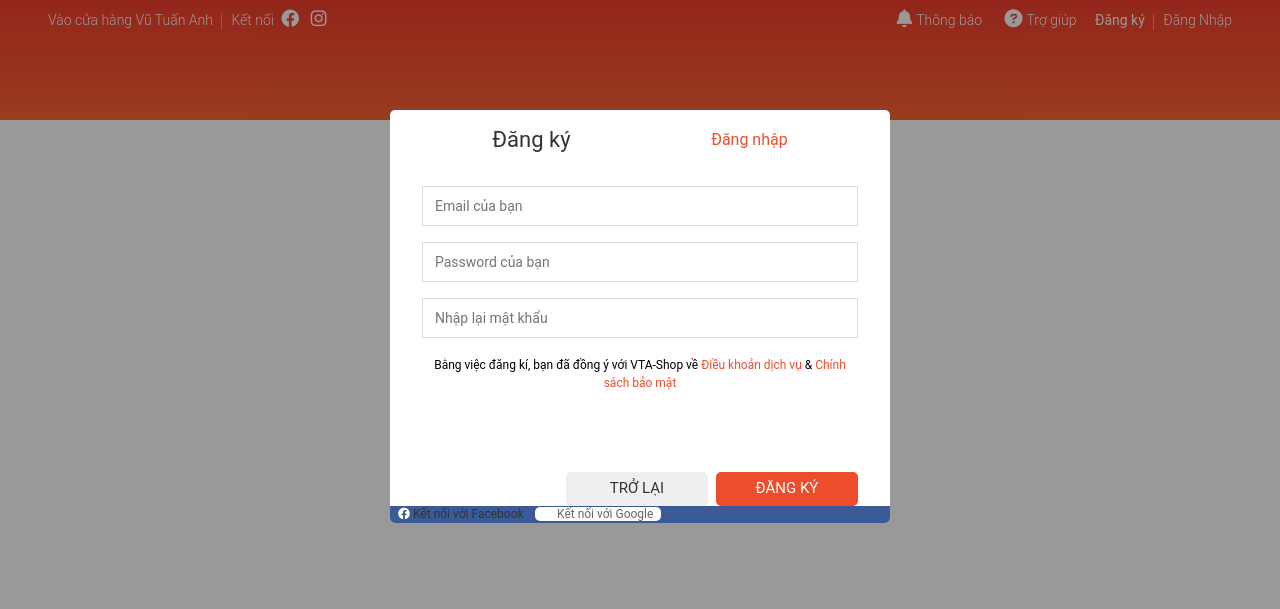
Repository: VuTuanAnh0949/Shopee
Page: index.html
An editor plug-in stored every save of this project. The page is shown before and after the next save, followed by the edit.
The browser window is 1280 px wide. The pictures show the whole page.

Above is the page before, as saved 2022-02-16 13:46:37.

### index.html
<!DOCTYPE html>
<html lang="en">

<head>
    <meta charset="UTF-8" />
    <meta http-equiv="X-UA-Compatible" content="IE=edge" />
    <meta name="viewport" content="width=device-width, initial-scale=1.0" />
    <title>Shopee</title>
    <link rel="stylesheet" href="https://cdnjs.cloudflare.com/ajax/libs/normalize/8.0.1/normalize.min.css" />
    <link rel="stylesheet" href="./assets/css/base.css" />
    <link rel="stylesheet" href="./assets/css/main.css" />
    <link rel="stylesheet" href="./assets/fonts/fontawesome-free-6.0.0-web/css/all.min.css">
    <link rel="stylesheet" href="https://fonts.googleapis.com/css?family-Roboto:300, 400, 500,78
0&display=swap&subset=vietnamese" rel="stylesheet" />

</head>

<body>
    <!-- Block Element Modifier -->
    <div class="app">
        <header class="header">
            <div class="grid">
                <nav class="header__navbar">
                    <ul class="header__navbar-list">
                        <li class="header__navbar-item header__navbar-item--has-qr header__navbar-item--separate">Vào cửa hàng Vũ Tuấn Anh
                            <div class="header__qr">
                                <img src="./assets/img/QR_code.png" alt="QR Code" class="header__qr-img">
                                <div class="header__qr-apps">
                                    <a href="" class="header__qr-link"><img src="./assets/img/Google_Play.png" alt="Google Play" class="header__qr-dowload-img">
                                    </a>
                                    <img src="./assets/img/App_store.png" alt="App Store" class="header__qr-dowload-img">
                                </div>
                            </div>
                        </li>
                        <li class="header__navbar-item">
                            <span class="header__navbar-title--no-pointer">Kết nối</span>
                            <a href="" class="header__navbar-icon-link"><i class="header__navbar-icon fa-brands fa-facebook"></i></a>
                            <a href="" class="header__navbar-icon-link"><i class="header__navbar-icon fa-brands fa-instagram"></i></a>
                        </li>
                    </ul>

                    <ul class="header__navbar-list">
                        <li class="header__navbar-item header__navbar-item--has-notification">
                            <a href="" class="header__navbar-item-link"><i class="header__navbar-icon fa-solid fa-bell"></i>Thông báo</a>
                            <div class="header__notification">
                                <header class="header__notification-header">
                                    <h3>Thông báo mới nhận</h3>
                                </header>
                                <ul class="header__notification-list">
                                    <li class="header__notification-item header__notification-viewed">
                                        <a href="" class="header__notification-link">
                                            <img src="https://cf.shopee.vn/file/a2344384834f0903b232953bf8e1d283_tn" alt="" class="header__notification-img">
                                            <div class="header__notification-info">
                                                <span class="header__notification-name">Bàn Phím cơ chính hãng K400-Đen</span>
                                                <span class="header__notification-descriotion">Bàn phím cơ máy tính gaming K550 Pro full Led 7 chế độ hiệu ứng là mẫu bàn phím phù hợp cho văn phòng và game thủ</span>
                                            </div>
                                        </a>
                                    </li>
                                    <li class="header__notification-item">
                                        <a href="" class="header__notification-link">
                                            <img src="https://cf.shopee.vn/file/fbd0d6cd59ae0c260cbdd8d2bdccbe06_tn" alt="" class="header__notification-img">
                                            <div class="header__notification-info">
                                                <span class="header__notification-name">Bàn phím cơ chính hãng K400-Trắng xanh 1</span>
                                                <span class="header__notification-descriotion">Bàn phím cơ máy tính gaming K550 Pro full Led 7 chế độ hiệu ứng là mẫu bàn phím phù hợp cho văn phòng và game thủ</span>
                                            </div>
                                        </a>
                                    </li>
                                    <li class="header__notification-item ">
                                        <a href="" class="header__notification-link">
                                            <img src="https://cf.shopee.vn/file/26989c24e549299dcfb324055082c553" alt="" class="header__notification-img">
                                            <div class="header__notification-info">
                                                <span class="header__notification-name">Bàn phím cơ chính hãng K400-Trắng xanh 2</span>
                                                <span class="header__notification-descriotion">>Bàn phím cơ máy tính gaming K550 Pro full Led 7 chế độ hiệu ứng là mẫu bàn phím phù hợp cho văn phòng và game thủ</span>
                                            </div>
                                        </a>
                                    </li>
                                </ul>
                                <div class="footer header__notification-footer">
                                    <a href="" class="header__notification-footer-btn">Xem tất cả</a>


                                </div>
                            </div>
                        </li>
                        <li class="header__navbar-item">
                            <a href="" class="header__navbar-item-link"><i class="header__navbar-icon fa-solid fa-circle-question"></i>Trợ giúp</a>
                        </li>
                        <li class="header__navbar-item header__navbar-item--strong header__navbar-item--separate">Đăng ký</li>
                        <li class="header__navbar-item header__navbar-ite--strong"> Đăng Nhập</li>
                    </ul>
                </nav>
            </div>
        </header>
        <div class="container">

        </div>
        <footer class="footer">

        </footer>
    </div>
    <!-- Modal layout -->
    <div class="modal">
        <div class="modal__overlay"></div>

        <div class="modal__body">

            <!-- Authen form -->
            <div class="auth-form">
                <div class="auth-form__container">
                    <div class="auth-form__container"></div>
                    <div class="auth-form__header">
                        <h3 class="auth-form__heading">Đăng ký</h3>
                        <span class="auth-form__switch-btn">Đăng nhập</span>
                    </div>
                    <div class="auth-form__form">
                        <div class="auth-form__group">
                            <input type="text" class="auth-form__input" placeholder="Email của bạn">
                        </div>
                        <div class="auth-form__group">
                            <input type="password" class="auth-form__input" placeholder="Password của bạn">
                        </div>
                        <div class="auth-form__group">
                            <input type="password" class="auth-form__input" placeholder="Nhập lại mật khẩu ">
                        </div>
                    </div>
                    <div class="auth-form__aside">
                        <p class="auth-form__policy-text">
                            Bằng việc đăng kí, bạn đã đồng ý với VTA-Shop về
                            <a href="" class="auth-form__text-link">Điều khoản dịch vụ</a> &
                            <a href="" class="auth-form__text-link">Chính sách bảo mật</a>
                        </p>
                    </div>
                    <div class="auth-form__controls">
                        <button class="btn btn--normal auth-form__controls-back ">TRỞ LẠI</button>
                        <button class="btn btn--primary">ĐĂNG KÝ</button>
                    </div>
                </div>
                <div class="auth-form__socials--facebook">
                    <a href="" class="btn btn--size-s btn--with-icon">
                        <i class="auth-form__socials-icon fa-brands fa-facebook"></i>
                        <span class="auth-form__socials-title">
                            Kết nối với Facebook
                        </span>
                    </a>
                    <a href="" class="auth-form__socials--google btn btn--size-s btn--with-icon">
                        <i class="auth-form__socials-icon fa-brands fa-google"></i>
                        <span class="auth-form__socials-title">
                            Kết nối với Google
                        </span>
                    </a>
                </div>
            </div>
        </div>
    </div>
</body>

</html>

### assets/css/base.css
:root {
  --primary-color:#EE4D2D;
  --white-color: #fff;
  --black-color: #000;
  --text-color: #333;
  --border-color:#dbdbdb;
}
* {
  box-sizing: inherit;
}
html {
  font-size: 62.5%;
  line-height: 1.6rem;
  font-family: "Roboto", sans-serif;
  box-sizing: border-box;
}
.grid {
  width: 1200px;
  max-width: 100%;
  margin: 0 auto;
}
.grid__full-width {
  width: 100%;
}
.grid__row {
  display: flex;
  flex-wrap: wrap;
}
/* Animation */
@keyframes fadeIn{
  from{
    opacity: 0;
  }to{
    opacity: 1;
  }
}
/* Modal */
.modal{
  position: fixed;
  top: 0;
  right: 0;
  bottom: 0;
  left: 0;
  display: flex;
}
.modal__overlay{
  position: absolute;
  width: 100%;
  height: 100%;
  background-color: rgba(0,0,0,0.4);
}
.modal__body{
  width: 500px;
  height: 500px;
  margin: auto;
  position: relative;
  z-index: 1;  /* để cho modal nổi lên */
}
/* Button style */
.btn{
  min-width: 142px;
  height: 34px;
  text-decoration: none;
  border:none ;
  border-radius: 5px;
  font-size: 1.5rem;
  padding:0 12px;
  outline: none;
  cursor: pointer;
  color: var(--text-color);
  align-items: center;
 justify-content: center;
}
.btn.btn--normal:hover{
  background-color: rgba(0,0,0,0.05);
}
.btn.btn--size-s{
  height: 32px;
  font-size: 12px;
  padding:0 8px;
}
/* .. dùng để css 1 element có 2 class */
.btn.btn--primary{
  color: var(--white-color);
  background-color: var(--primary-color);
  }
.btn.btn-disabled{
  color: #949494;
  cursor: default;
  background-color: #c3c3c3;
}

### assets/css/main.css
.header{
height: 120px;
background-image:linear-gradient(0, #fe6433, #f53e2d) ;
}
.header__navbar{
  display: flex;
  justify-content: space-between;
}
.header__navbar-list{
list-style: none;
padding-left: 0;
margin-top: 9px;
}
.header__navbar-item{
  margin: 0 8px;
  position: relative;
  min-height: 26px;
}
.header__navbar-item--has-qr:hover .header__qr{
  display: block;
}
.header__navbar-item--has-notification:hover .header__notification{
  display: block;
}
.header__navbar-item,
.header__navbar-item-link{
  display:inline-block;
  font-size: 1.4rem;
  color:var(--white-color);
  text-decoration: none;
  font-weight: 300;
}
.header__navbar-item,
.header__navbar-item-link,
.header__navbar-icon-link{
/*   display: flex; */
  align-items: center;
}
.header__qr::before{
  position: absolute;
  left: 0;
  top: -16px;
  width: 100%;
  height: 20px;
  content: "";
  display: block;

}
.header__navbar-item:hover,
.header__navbar-icon-link:hover,
.header__navbar-item-link:hover{
  cursor: pointer;
  color: rgba(255,255,255,0.7);
}
.header__navbar-item--strong{
  font-weight: 400;
}
.header__navbar-item--separate::after{
  content: "";
  display: block;
  position: absolute;
border-left: 1px solid #FB9086;
height: 16px;
right: -9px;
top: 37%;
transform: translateY(-50%);
}
.header__navbar-icon-link{
  color: var(--white-color);
  text-decoration: none;
}
.header__navbar-icon{
  font-size: 1.8rem;
  margin: 0 4px;
}
.header__navbar-title--no-pointer{
  cursor: text;
  color: var(--white-color);
  text-decoration: none;
}
/* Header QR code */
.header__qr{
  width: 180px;
background-color: var(--white-color);
position: absolute;
left: 0;
top: 100%;
padding: 8px;
border-radius: 5px;
display: none;
animation: fadeIn ease-in 0.3s;
}
.header__qr-img{
width: 100%;
}
.header__qr-apps{
display: flex;
justify-content: space-between;
}
.header__qr-link:nth-child(1){
  margin-left: 11px;
}
.header__qr-link:nth-child(2){
  margin-right: 15px;
}
.header__qr-dowload-img{
  height: 16px;
}
/* header__notification */
.header__notification{
position: absolute ;
top: 27px;
right: 0;
width: 404px;
background-color: var(--white-color);
border-radius: 5px;
border: 1px solid #D3D3D3;
cursor: default;
transform-origin:90% top;
animation:  headerNotificationGrowth ease-in 0.2s;
will-change: opacity, transform;
display: none;
}
.header__notification::before{
content: "";
border-width:20px 30px ;
border-style: solid;
/* Tạo một lớp giá */
border-color:transparent transparent var(--white-color) transparent;
position: absolute;
right: 6px;
top: -30px;
}
/* Giúp di chuột vào quả chuông cạnh nút thông báo không bị mất list thông báo */
.header__notification::after{
  content: "";
  display: block;
  position: absolute;
  height: 20px;
  width: 90px;
  top: -16px;
  right: 0;
 }
@keyframes headerNotificationGrowth{
  from{
    opacity: 0;
    transform: scale(0);
  }to{
    opacity: 1;
    transform: scale(1);
  }
}
.header__notification-header{
  height: 40px;
  background-color: var(--white-color);
  border-radius: 5px;
}
.header__notification-header h3{
  color: #999;
  margin: 0 0 0 12px;
  width: 400;
  font-size: 1.4rem;
  line-height: 40px;
  user-select: none;  /* không cho coppy */
}
.header__notification-list{
padding-left: 0;
}
.header__notification-item{
display: flex;

}
.header__notification-item:hover{
  background-color: #f7f7f7
}
.header__notification-viewed{
  background-color: rgba(238,75,43,0.08);

}
.header__notification-link{
  display: flex;
  width: 100%;
  padding: 12px;
  text-decoration: none;
}
.header__notification-img{
width: 48px;
object-fit: contain;
}
.header__notification-info{
margin-left: 12px;
}
.header__notification-name{
display: block;
font-size: 1.4rem;
color: var(--text-color);
font-weight: 400px;
line-height: 1.8rem;
}
.header__notification-descriotion{
display: block;
font-size: 1.2rem;
line-height: 1.6rem;
color: #765F6E;
margin-top: 4px;
}
.header__notification-footer{
 display: flex;
}
.header__notification-footer-btn{
  text-decoration: none;
  color:var(--text-color);
  width: 100%;
  padding: 8px 0;
  margin: auto;
  font-size: 1.4rem;
  font-weight: 400;
  text-align: center;
}
/* Authen modal */
.auth-form{
  width: 500px;
    background-color: var(--white-color);
  border-radius: 5px;
  overflow: hidden;
}
.auth-form__container{
  padding: 0 32px;
}
.auth-form__header{
  display: flex;
  align-items: center;
  justify-content: space-around;
}
.auth-form__heading{
  font-size: 2.2rem;
  font-weight:400;
  color: var(--text-color);
}
.auth-form__switch-btn{
  font-size: 1.6rem;
  font-weight:400;
  color: var(--primary-color);
  cursor: pointer;
}
.auth-form__form{
}
.auth-form__input{
  width: 100%;
  height: 40px;
  margin-top: 16px;
  padding: 0 12px;
  font-size: 1.4rem;
  border: 1px solid var(--border-color);
  outline: none;
}
/*Dí chuột vào ô input => ô input nháy chuột  */
.auth-form__input:focus{
border-color: #777;
}
.auth-form__aside{
  margin-top: 18px;
}
.auth-form__policy-text{
  font-size: 1.2rem;
  line-height: 1.8rem;
  text-align: center;
  padding: 0 3px;
}
.auth-form__text-link{
  color: var(--primary-color);
  text-decoration: none;
}
.auth-form__controls{
  margin-top: 80px;
  display: flex;
  justify-content: flex-end;
}
.auth-form__controls-back{
  margin-right: 8px;
}
.auth-form__socials{
 background-color: #F5F5F5;
 padding: 16px 36px;
 display: flex;
 justify-content: space-between;
 margin-top: 20px;
}
.auth-form__socials--facebook{
  color: var(--white-color);
  background-color:#3A5A98 ;
}
.auth-form__socials--facebook,
.auth-form__socials-icon{
color: var(--white-color);
}
.auth-form__socials-title{
  margin-top: 0 36px;
}
.auth-form__socials--google{
  color: #666;
  background-color: var(--white-color);
}

Loaded but not shown: assets/fonts/fontawesome-free-6.0.0-web/css/all.min.css (library)

After the next save:
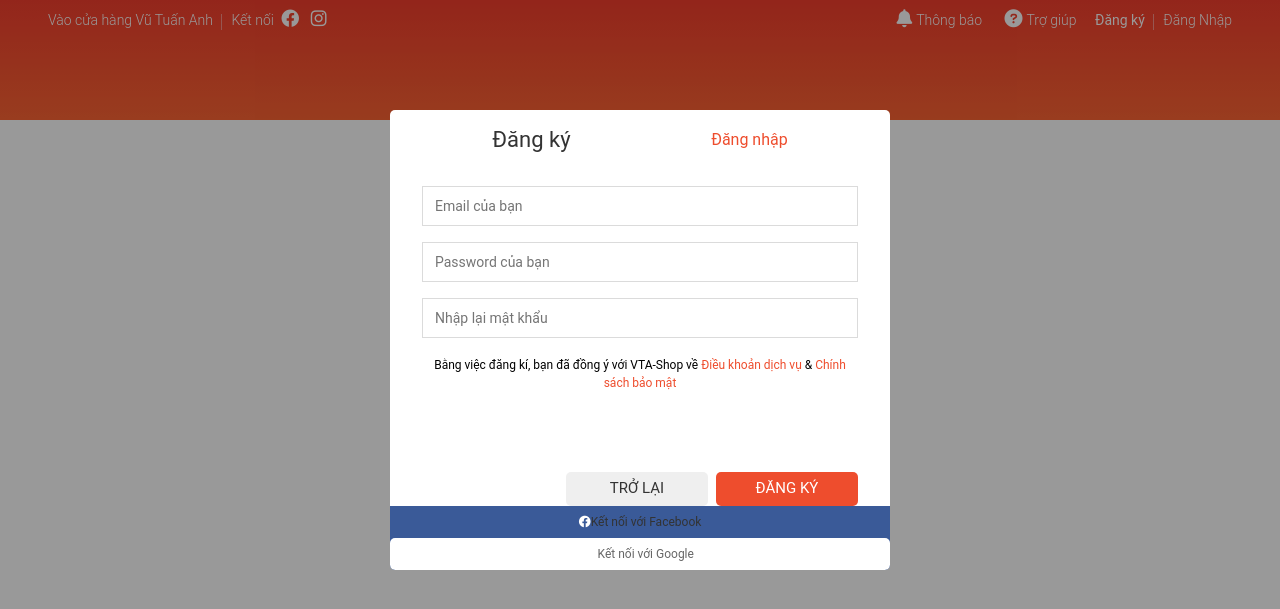
Saved 64 s later.
--- a/assets/css/main.css
+++ b/assets/css/main.css
@@ -301,3 +301,6 @@ color: var(--white-color);
   color: #666;
   background-color: var(--white-color);
 }
+.btn--with-icon{
+  display: flex;
+}
